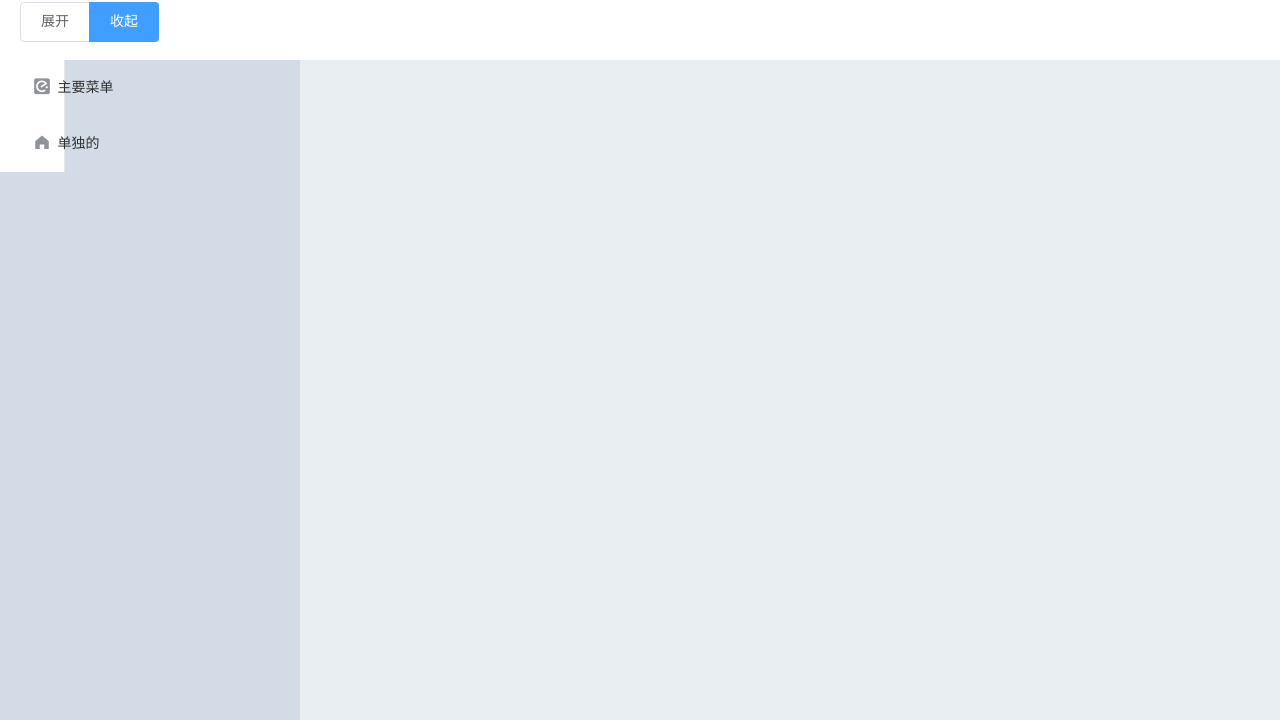
Repository: 960519152/elementui-demo-byf
Page: /
These files come from the project's save history. The page is drawn as it stood at one moment and after the next save; the edit follows.
The browser window is 1280 px wide. The pictures show the whole page.
The project was rebuilt for these pictures with package versions that can differ from the ones it lists, and the page was loaded fresh each time. Also part of the build but not shown: src/components/HelloWorld.vue, src/components/Tx.vue, src/components/Tes.vue.

Above is the page before, as saved 2019-05-14 10:18:05.

After the next save:
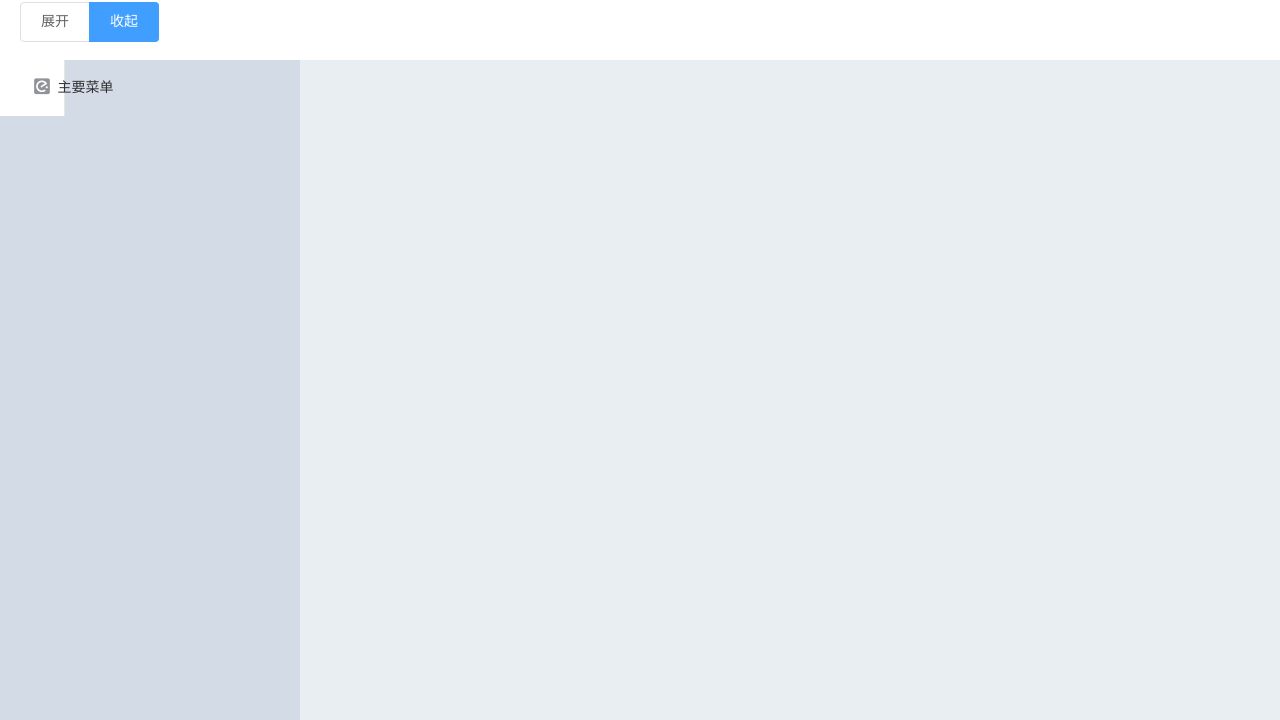
Saved 53 s later.
--- a/src/components/Home.vue
+++ b/src/components/Home.vue
@@ -39,13 +39,13 @@
                       v-if="!child.hidden"
                     >{{child.name}}</el-menu-item>
                   </el-submenu>
-                  <el-menu-item
+                  <!-- <el-menu-item
                     v-if="item.leaf&&item.children.length==1"
                     :index="item.children[0].path"
                   >
                     <i :class="item.iconCls"></i>
                     {{item.children[0].name}}
-                  </el-menu-item>
+                  </el-menu-item> -->
                 </template>
               </el-menu>
             </el-col>
